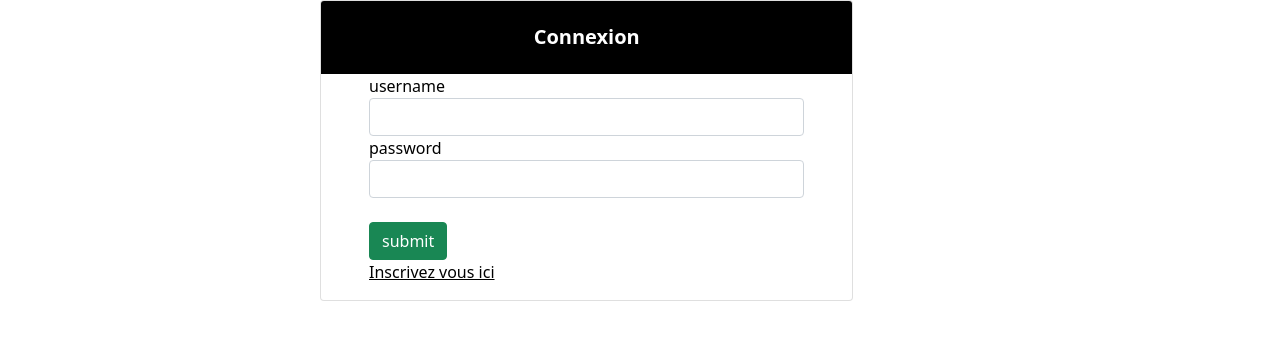
Repository: saliou-t/mvc-osc-femme-P4
Page: http://localhost/src/view/users/login.php?register=true
These files come from the project's save history. The page is drawn as it stood at one moment and after the next save; the edit follows.
The browser window is 1280 px wide. The pictures show the whole page.
The page is run by PHP 8.4 with error messages shown; the project is at /var/www/html/.

Above is the page before, as saved 2022-04-14 13:15:17.

After the next save:
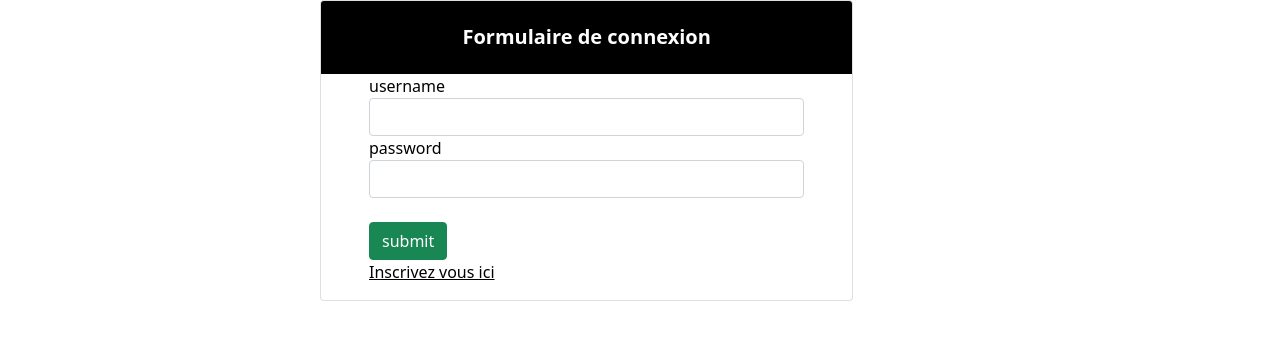
Saved 11 s later.
--- a/src/view/users/login.php
+++ b/src/view/users/login.php
@@ -14,7 +14,7 @@
     <div class="card  col-5 offset-3">
 
         <h5 class="card-header info-color bg-black text-white text-center py-4">
-            <strong>Connexion</strong>
+            <strong>Formulaire de connexion</strong>
         </h5>
         <div class="card-body px-lg-5 pt-0">
             <form action="" id="login-form" method="POST">
